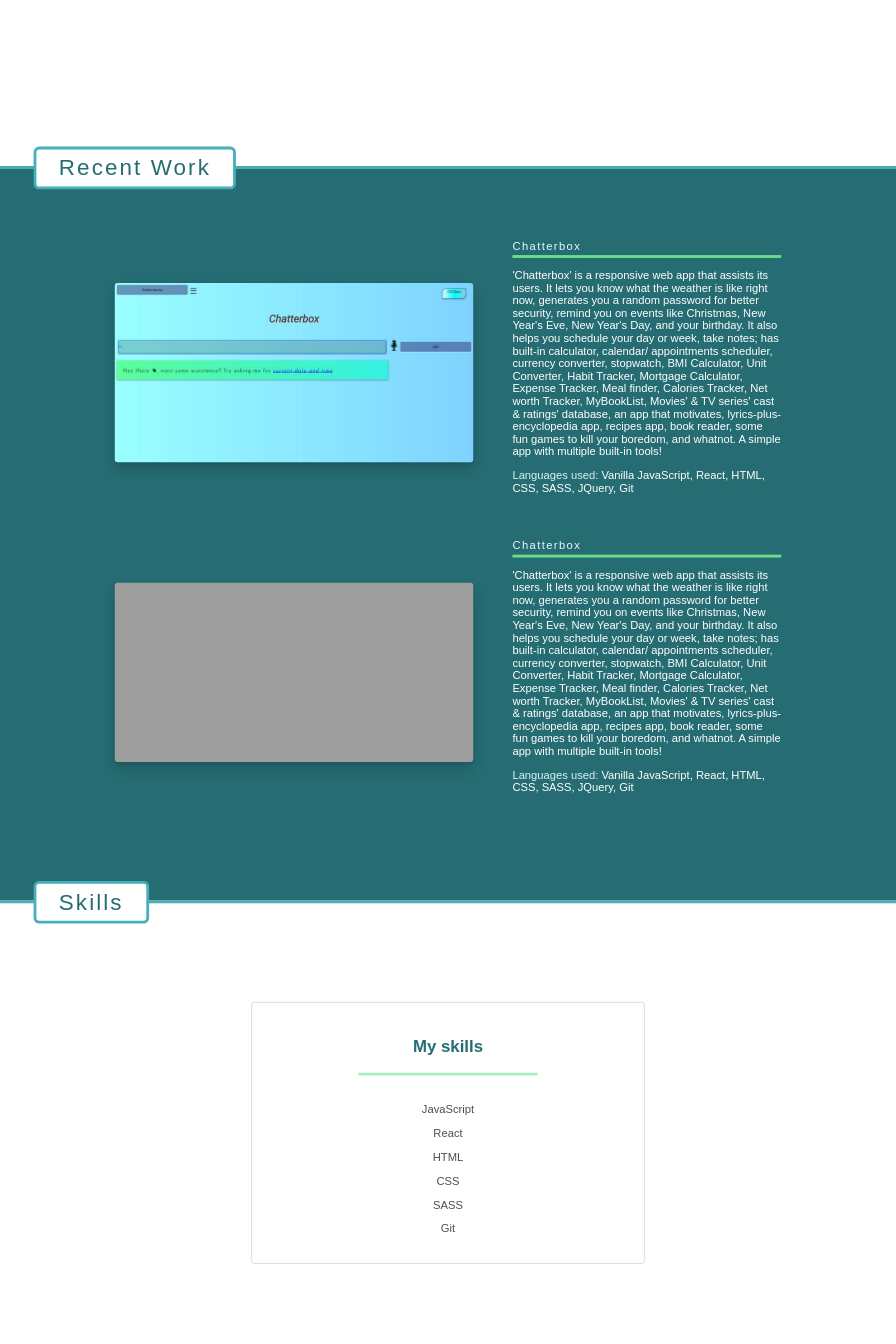
Repository: Abbaskhurram255/port
Page: /
The author's editor kept a copy of each file at every save. The page is drawn from the files as they stood at one save, then again after the next save.
The browser window is 1280 px wide. The pictures show the part of the page from y = 628 to 2548 px (the page is 2906 px tall), at 70% of full size.
Pictures or frames that could not be fetched are drawn as grey boxes. The page's requests for data from a server got no answer. Some web fonts or font styles are not loaded; a fallback is used. Some web libraries are served in a nearby version. The project was rebuilt for these pictures with package versions that can differ from the ones it lists, and the page was loaded fresh each time. No one was signed in, and anything a server would have sent is missing.

Above is the page before, as saved 2020-12-03 21:52:38.

### public/index.html
<!DOCTYPE html>
<html lang="en">
  <head>
    <meta charset="utf-8" />
    <meta
      name="viewport"
      content="width=device-width, initial-scale=1, shrink-to-fit=no"
    />
    <meta name="theme-color" content="#000000" />
    <meta property="og:title" content="Alex Puth | Portfolio" />
    <meta
      property="og:description"
      content="A portfolio of web applications by Alex Puth"
    />
    <meta property="og:url" content="https://www.abbaskhurram255.github.io/" />
    <meta property="og:image" content="/images/portfolio-home.jpg" />
    <title>Alex Puth | Portfolio</title>
    <link
      href="https://fonts.googleapis.com/css?family=Muli:300,400,600,700"
      rel="stylesheet"
    />
    <link
      rel="stylesheet"
      href="https://use.fontawesome.com/releases/v5.4.2/css/all.css"
      integrity="sha384-/rXc/GQVaYpyDdyxK+ecHPVYJSN9bmVFBvjA/9eOB+pb3F2w2N6fc5qB9Ew5yIns"
      crossorigin="anonymous"
    />
  </head>

  <body>
    <noscript>You need to enable JavaScript to run this app.</noscript>
    <div id="root"></div>
  </body>
</html>

### src/index.tsx
import React from "react";
import ReactDOM from "react-dom";
import App from "./App";
import * as serviceWorker from "./serviceWorker";
import "./styles/styles.scss";

ReactDOM.render(<App />, document.getElementById("root"));

// If you want your app to work offline and load faster, you can change
// unregister() to register() below. Note this comes with some pitfalls.
// Learn more about service workers: http://bit.ly/CRA-PWA
serviceWorker.unregister();

### src/App.tsx
import * as React from "react";
import Contact from "./components/Contact";
import Home from "./components/Home";
import Navbar from "./components/Navbar";
import RecentWork from "./components/RecentWork";
import Skills from "./components/Skills";

class App extends React.Component {
  public render() {
    return (
      <div>
        <Navbar />
        <Home />
        <RecentWork />
        <Skills />
        <Contact />
      </div>
    );
  }
}

export default App;

### src/styles/styles.scss
@import "./base/settings";
@import "./base/base";
@import "./components/navbar";
@import "./components/home";
@import "./components/images";
@import "./components/recent-works";
@import "./components/projects";
@import "./components/project";
@import "./components/skills";
@import "./components/skill";
@import "./components/quote";
@import "./components/contact";
@import "./components/social";
@import "./components/section-title";

### src/components/Contact.tsx
import * as React from "react";
import utils from "../utils/constants";
import Social from "./Social";
import Title from "./Title";

const { GITHUB_URL, TWITTER_URL } = utils.social;
const { EMAIL } = utils.contact;

const Contact = () => {
  return (
    <div id="contact" className="contact">
      <Title title="Get in Touch" parentComponent="contact" />
      <div className="contact__social-links">
        <p className="contact__brackets">{"{"}</p>
        <Social socialIcon="fab fa-github" socialUrl={GITHUB_URL} />
        <Social socialIcon="fab fa-twitter" socialUrl={TWITTER_URL} />
        <Social socialIcon="fas fa-envelope" socialUrl={`mailto:${EMAIL}`} />
        <p className="contact__brackets">{"}"}</p>
      </div>
    </div>
  );
};

export default Contact;

### src/components/Home.tsx
import * as React from "react";
import Image from "./Image";
import Text from "./Text";
import Title from "./Title";

const Home = () => {
  return (
    <div className="home">
      <div className="home__text-container">
        <Title
          title="<Alex Puth (aka Khurram) />"
          parentComponent="home"
          subTitle="Front-End Developer"
        />
        <Text parentComponent="home" mobile="" />
      </div>
      <Image
        src="/images/headshot.jpg"
        alt="Headshot of Alex Puth"
        parentComponent="home"
      />
      <Text parentComponent="home" mobile="--mobile" />
    </div>
  );
};

export default Home;

### src/components/Navbar.tsx
import * as React from "react";

interface INavbarState {
  linkClass: string;
  isToggled: boolean;
}

class Navbar extends React.Component {
  public state = {
    isToggled: true,
    linkClass: "navbar__link"
  };

  public toggleNav = () => {
    const { isToggled } = this.state;
    this.setState({ isToggled: !isToggled });
    isToggled
      ? this.setState({ linkClass: "navbar__link--show" })
      : this.setState({ linkClass: "navbar__link" });
  };

  public render() {
    return (
      <div className="navbar">
        <a className="navbar__brand" href="#">
          <p className="navbar__brand-text">AP</p>
        </a>
        <i onClick={this.toggleNav} className="fas fa-bars navbar__hamburger" />
        <div className="navbar__link-box">
          <a className={this.state.linkClass} href="#">
            <p className="navbar__link-text">Home</p>
          </a>

          <a className={this.state.linkClass} href="#recent-works">
            <p className="navbar__link-text">Recent Work</p>
          </a>

          <a className={this.state.linkClass} href="#skills">
            <p className="navbar__link-text">Skills</p>
          </a>

          <a className={this.state.linkClass} href="#contact">
            <p className="navbar__link-text">Contact</p>
          </a>
        </div>
      </div>
    );
  }
}
export default Navbar;

### src/components/RecentWork.tsx
import * as React from "react";
import Projects from "./Projects";
import Title from "./Title";

const RecentWork = () => {
  return (
    <div id="recent-works" className="recent-works">
      <Title title="Recent Work" parentComponent="recent-works" />
      <Projects />
    </div>
  );
};

export default RecentWork;

### src/components/Skills.tsx
import * as React from "react";
import Skill from "./Skill";
import Title from "./Title";

const Skills = () => {
  const technicalSkills: string[] = [
    "JavaScript",
    "React",
    "HTML",
    "CSS",
    "SASS",
    "Git"
  ];

  return (
    <div id="skills" className="skills">
      <Title title={"Skills"} parentComponent="skills" />
      <div className="skills__set-box">
        <Skill title="My skills" skills={technicalSkills} />
      </div>
    </div>
  );
};

export default Skills;

### src/styles/base/_base.scss
html {
  font-size: 62.5%;
  scroll-behavior: smooth;
}

body {
  margin: 0;
  background-color: $white;
}

button {
  cursor: pointer;
}

button:disabled {
  cursor: default;
}

### src/styles/components/images.scss
.home-image-box {
  background: $gradient-1;
  border-radius: $radius-2;
  box-shadow: $shadow-2;
  padding: $size-3;
  @media (min-width: $breakpoint-2) {
    display: block;
    padding: $size-7;
  }
}

.home-image {
  border-radius: $radius-2;
  box-shadow: $shadow-3;
  margin: 0;
  width: 100%;
  @media (min-width: $breakpoint-2) {
    margin-right: -$size-10;
    height: $size-13;
    width: $size-13;
  }
}

### src/styles/components/_recent-works.scss
.recent-works {
  align-items: center;
  background: $primary-7;
  border-top: $size-1 solid $primary-5;
  display: flex;
  flex-direction: column;
  padding-bottom: $size-2;
  @media (min-width: $breakpoint-1) {
    padding-left: 22%;
    padding-right: 22%;
  }
  @media (min-width: $breakpoint-2) {
    padding: 0;
    padding-bottom: $size-8;
  }
}

.recent-works__title-box {
  background: $white;
  border: $size-1 solid $primary-5;
  border-radius: $size-2;
  display: flex;
  flex-direction: column;
  justify-content: center;
  margin-top: -$size-5;
  padding: $size-2;
  @media (min-width: $breakpoint-2) {
    align-self: flex-start;
    margin-left: $size-7;
    margin-top: -$size-6;
    padding: $size-2 $size-6;
  }
}

.recent-works__title {
  color: $primary-7;
  font-family: $header;
  font-size: $size-4;
  font-weight: 400;
  letter-spacing: 0.3rem;
  margin: 0;
  padding: 0;
  @media (min-width: $breakpoint-2) {
    font-size: $size-6;
  }
}

### src/styles/components/_projects.scss
.projects {
  display: flex;
  flex-direction: column;
  justify-content: space-between;
  margin: $size-4 $size-7;
  width: 100%;
  @media (min-width: $breakpoint-2) {
    margin: $size-7;
    width: 100rem;
  }
}

### src/styles/components/_skills.scss
.skills {
  align-items: center;
  border-top: $size-1 solid $primary-5;
  display: flex;
  flex-direction: column;
  padding-bottom: $size-8;
  @media (min-width: $breakpoint-1) {
    padding-left: 20%;
    padding-right: 20%;
  }
  @media (min-width: $breakpoint-2) {
    padding: 0;
    padding-bottom: $size-8;
  }
}

.skills__title-box {
  background: $white;
  border: $size-1 solid $primary-5;
  border-radius: $size-2;
  display: flex;
  flex-direction: column;
  justify-content: center;
  margin-top: -$size-5;
  padding: $size-2;
  @media (min-width: $breakpoint-2) {
    align-self: flex-start;
    margin-left: $size-7;
    margin-top: -$size-6;
    padding: $size-2 $size-6;
  }
}

.skills__title {
  color: $primary-7;
  font-family: $header;
  font-size: $size-4;
  font-weight: 400;
  letter-spacing: 0.3rem;
  margin: 0;
  padding: 0;
  @media (min-width: $breakpoint-2) {
    font-size: $size-6;
  }
}

.skills__set-box {
  display: flex;
  flex-direction: column;
  justify-content: space-around;
  margin: 0;
  width: 100%;
  @media (min-width: $breakpoint-2) {
    flex-direction: row;
    margin: $size-9 $size-7;
    width: 100rem;
  }
}

### src/styles/components/_skill.scss
.skill {
  align-items: center;
  border: 1px solid $gray-3;
  border-radius: $radius-2;
  display: flex;
  flex-direction: column;
  margin: $size-4 auto;
  padding: $size-5;
  width: 80%;
  @media (min-width: $breakpoint-2) {
    margin: $size-4;
    padding: $size-5;
    width: $size-14;
  }
}

.skill__title-box {
  border-bottom: $size-1 solid $secondary-3;
  display: flex;
  justify-content: center;
  padding: 0;
  width: 100%;
  @media (min-width: $breakpoint-2) {
    width: $size-12;
  }
}

.skill__title {
  color: $primary-7;
  font-family: $text;
  font-size: $size-4;
  @media (min-width: $breakpoint-2) {
    font-size: $size-5;
  }
}

.skill__box {
  padding-top: $size-5;
  width: 100%;
}

.skill__name {
  color: $gray-7;
  font-family: $text;
  font-size: $size-4;
  text-align: center;
}

### src/styles/components/_quote.scss
.quote__box {
  display: flex;
  flex-direction: column;
  margin: $size-5 0 $size-8 0;
}

.quote {
  color: $white;
  font-family: $text;
  font-size: $size-3;
  font-style: italic;
  line-height: 2;
  width: 100%;
  @media (min-width: $breakpoint-1) {
    font-size: $size-4;
  }
  @media (min-width: $breakpoint-2) {
    border-left: $size-1 solid $secondary-4;
    font-size: $size-5;
    padding-left: $size-7;
    width: $size-14;
  }
}

.quote__author-details {
  align-self: flex-end;
  padding: $size-2;
}

.quote__author {
  color: $primary-2;
  font-family: $text;
  font-size: $size-2;
  font-weight: 700;
  margin: 0;
  padding: 0;
  @media (min-width: $breakpoint-1) {
    font-size: $size-3;
  }
  @media (min-width: $breakpoint-2) {
    font-size: $size-4;
  }
}

.quote__author-position {
  color: $primary-3;
  font-family: $text;
  font-size: $size-2;
  font-weight: 300;
  margin: 0;
  padding: 0;
  @media (min-width: $breakpoint-1) {
    font-size: $size-3;
  }
  @media (min-width: $breakpoint-2) {
    font-size: $size-4;
  }
}

.quote__author-company {
  color: $primary-3;
  font-family: $text;
  font-size: $size-2;
  margin: 0;
  padding: 0;
  @media (min-width: $breakpoint-1) {
    font-size: $size-3;
  }
  @media (min-width: $breakpoint-2) {
    font-size: $size-4;
  }
}

### src/styles/components/_contact.scss
.contact {
  align-items: center;
  border-top: $size-1 solid $primary-5;
  display: flex;
  flex-direction: column;
  background: #266c73;
}

.contact__title-box {
  background: $white;
  border: $size-1 solid $primary-5;
  border-radius: $size-2;
  display: flex;
  flex-direction: column;
  justify-content: center;
  margin-top: -$size-5;
  padding: $size-2 $size-6;
  @media (min-width: $breakpoint-2) {
    align-self: flex-start;
    margin-left: $size-7;
    margin-top: -$size-6;
  }
}

.contact__title {
  color: $primary-7;
  font-family: $header;
  font-size: $size-4;
  font-weight: 400;
  letter-spacing: 0.3rem;
  margin: 0;
  padding: 0;
  @media (min-width: $breakpoint-2) {
    font-size: $size-6;
  }
}

.contact__social-links {
  display: flex;
  margin: $size-8 0 $size-9 0;
}

.contact__brackets {
  color: $secondary-3;
  font-family: $text;
  font-size: $size-8;
  font-weight: 300;
  line-height: 0.5;
  margin: 0 $size-4;
  padding: 0;
  @media (min-width: $breakpoint-2) {
    display: block;
    font-size: $size-10;
  }
}

### src/styles/components/_social.scss
.social {
  color: $primary-5;
  font-size: $size-5;
  margin: $size-3;
  outline: none;
  transition-property: color, transform;
  transition-duration: 0.1s;
  transition-timing-function: ease;
  @media (min-width: $breakpoint-2) {
    font-size: $size-7;
    margin: $size-5;
  }
}

.social:hover,
.social:focus {
  color: $primary-6;
  transform: scale(1.2);
}

### src/styles/components/_section-title.scss
.section-title__box {
  align-self: flex-start;
  background: $white;
  border: $size-1 solid $primary-8;
  border-radius: $size-2;
  display: flex;
  flex-direction: column;
  justify-content: center;
  margin: -$size-6 0 0 $size-7;
  padding: $size-2 $size-6;
}

.section-title {
  color: $primary-7;
  font-family: $header;
  font-size: $size-6;
  font-weight: 400;
  letter-spacing: 0.3rem;
  margin: 0;
  padding: 0;
}

### src/utils/constants.ts
export default {
  contact: {
    EMAIL: process.env.REACT_APP_EMAIL || "abbaskhuram255@gmail.com"
  },
  social: {
    GITHUB_URL:
      process.env.REACT_APP_GITHUB_URL || "https://github.com/abbaskhurram255",
    TWITTER_URL:
      process.env.REACT_APP_TWITTER_URL || "https://twitter.com/alexputh255",
  }
};

### src/components/Social.tsx
import * as React from "react";

interface ISocialProps {
  socialIcon: string;
  socialUrl: string;
}

const Social = (props: ISocialProps) => {
  const { socialIcon, socialUrl } = props;
  return (
    <a
      href={socialUrl}
      rel="noopener noreferrer"
      className="social"
      target="_blank"
    >
      <i className={socialIcon} />
    </a>
  );
};

export default Social;

### src/components/Title.tsx
import * as React from "react";

interface ITitleProps {
  title: string;
  parentComponent: string;
  subTitle?: string;
}

const Title = (props: ITitleProps) => {
  const { title, subTitle, parentComponent: component } = props;
  return (
    <div className={`${component}__title-box`}>
      <h1 className={`${component}__title`}>{title}</h1>
      {subTitle && <h2 className={`${component}__subtitle`}>{subTitle}</h2>}
    </div>
  );
};

export default Title;

### src/components/Image.tsx
import * as React from "react";

interface IImageProps {
  src: string;
  alt: string;
  parentComponent: string;
}

const Image = (props: IImageProps) => {
  const { src, alt, parentComponent: component } = props;
  return (
    <div className={`${component}-image-box`}>
      <img src={`/Portfolio${src}`} alt={alt} className={`${component}-image`} />
    </div>
  );
};

export default Image;

### src/components/Text.tsx
import * as React from "react";

interface ITextProps {
  parentComponent: string;
  mobile: string;
}

const Text = (props: ITextProps) => {
  const { parentComponent: component, mobile } = props;
  return (
    <div className={`${component}__text-box${mobile}`}>
      <p className={`${component}__text`}>
        Hi, my name is Alex, and I'm a frontend developer. I love using
        functional programming concepts in JavaScript and building web
        applications with it. I'm a coding enthusiast. I've been creating web
        applications since I was 13 - I'm 19 now. It's been my hobby
        since I was a kid, the programming. {" "}
      </p>
      <p className={`${component}__text`}>I'm currently
        trying to get familiar with Vue, and Angular.</p>
    </div>
  );
};

export default Text;

### src/components/Projects.tsx
import * as React from "react";
import { projects } from "../utils/data";
import Project from "./Project";

const Projects = () => (
  <div className="projects">
    {projects.map(project => (
      <Project
        project={project.name}
        projectDescription={project.description}
        projectSourceCode={project.sourceCode}
        projectTools={project.tools}
        projectUrl={project.url}
        image={project.image}
        key={project.name}
      />
    ))}
  </div>
);

export default Projects;

### src/components/Skill.tsx
import * as React from "react";

interface ISkillProps {
  skills: string[];
  title: string;
}

const DeveloperSkills = (props: ISkillProps) => {
  const { skills, title } = props;
  return (
    <div className="skill">
      <div className="skill__title-box">
        <h3 className="skill__title">{title}</h3>
      </div>
      <div className="skill__box">
        {skills.map((skill: string) => (
          <p className="skill__name" key={skill}>
            {skill}
          </p>
        ))}
      </div>
    </div>
  );
};

export default DeveloperSkills;

### src/utils/data.ts

interface IProject {
  description: string;
  image: string;
  name: string;
  sourceCode: string;
  tools: string;
  url: string;
}

export const projects: IProject[] = [
  {
    description:
      "'Chatterbox' is a responsive web app that assists its users. It lets you know what the weather is like right now, generates you a random password for better security, remind you on events like Christmas, New Year's Eve, New Year's Day, and your birthday. It also helps you schedule your day or week, take notes; has built-in calculator, calendar/ appointments scheduler, currency converter, stopwatch, BMI Calculator, Unit Converter, Habit Tracker, Mortgage Calculator, Expense Tracker, Meal finder, Calories Tracker, Net worth Tracker, MyBookList, Movies' & TV series' cast & ratings' database, an app that motivates, lyrics-plus-encyclopedia app, recipes app, book reader, some fun games to kill your boredom, and whatnot. A simple app with multiple built-in tools!",
    image: "meal to list",
    name: "Chatterbox",
    sourceCode: "https://github.com/Abbaskhurram255/Chatterbox/",
    tools: "Vanilla JavaScript, React, HTML, CSS, SASS, JQuery, Git",
    url: "https://abbaskhurram255.github.io/Chatterbox/getting-started"
  },
  {
    description:
      "'Chatterbox' is a responsive web app that assists its users. It lets you know what the weather is like right now, generates you a random password for better security, remind you on events like Christmas, New Year's Eve, New Year's Day, and your birthday. It also helps you schedule your day or week, take notes; has built-in calculator, calendar/ appointments scheduler, currency converter, stopwatch, BMI Calculator, Unit Converter, Habit Tracker, Mortgage Calculator, Expense Tracker, Meal finder, Calories Tracker, Net worth Tracker, MyBookList, Movies' & TV series' cast & ratings' database, an app that motivates, lyrics-plus-encyclopedia app, recipes app, book reader, some fun games to kill your boredom, and whatnot. A simple app with multiple built-in tools!",
    image: "expensify",
    name: "Chatterbox",
    sourceCode: "https://github.com/Abbaskhurram255/Chatterbox/",
    tools: "Vanilla JavaScript, React, HTML, CSS, SASS, JQuery, Git",
    url: "https://abbaskhurram255.github.io/Chatterbox/getting-started"
  }
];

### src/components/Project.tsx
import * as React from "react";

interface IProjectProps {
  image: string;
  project: string;
  projectDescription: string;
  projectTools: string;
  projectSourceCode: string;
  projectUrl: string;
}

const Project = (props: IProjectProps) => {
  const {
    image,
    project,
    projectDescription,
    projectSourceCode,
    projectTools,
    projectUrl
  } = props;
  return (
    <div className="project">
      <div className={`project__image-box project__image-box--${image}`}>
        <div className="project__link-box">
          {projectUrl && (
            <a
              className="project__link"
              href={projectUrl}
              rel="noopener noreferrer"
              target="_blank"
            >
              View Site
            </a>
          )}
          <a
            className="project__link"
            href={projectSourceCode}
            rel="noopener noreferrer"
            target="_blank"
          >
            View Source Code
          </a>
        </div>
      </div>
      <div className="project__info-box">
        <h3 className="project__name">{project}</h3>
        <p className="project__description">{projectDescription}</p>
        <p className="project__description">
          <span className="project__tools-label">Languages used:</span>{" "}
          {projectTools}
        </p>
      </div>
      <div className="project__link-box--mobile">
        {projectUrl && (
          <a
            className="project__link--mobile"
            href={projectUrl}
            rel="noopener noreferrer"
            target="_blank"
          >
            View Site
          </a>
        )}
        <a
          className="project__link--mobile"
          href={projectSourceCode}
          rel="noopener noreferrer"
          target="_blank"
        >
          View Source Code
        </a>
      </div>
    </div>
  );
};

export default Project;

Loaded but not shown: src/serviceWorker.ts (common file); src/styles/components/_project.scss (148 lines, source omitted); src/styles/base/_settings.scss (89 lines, source omitted); src/styles/components/_navbar.scss (137 lines, source omitted); src/styles/components/_home.scss (114 lines, source omitted)

After the next save:
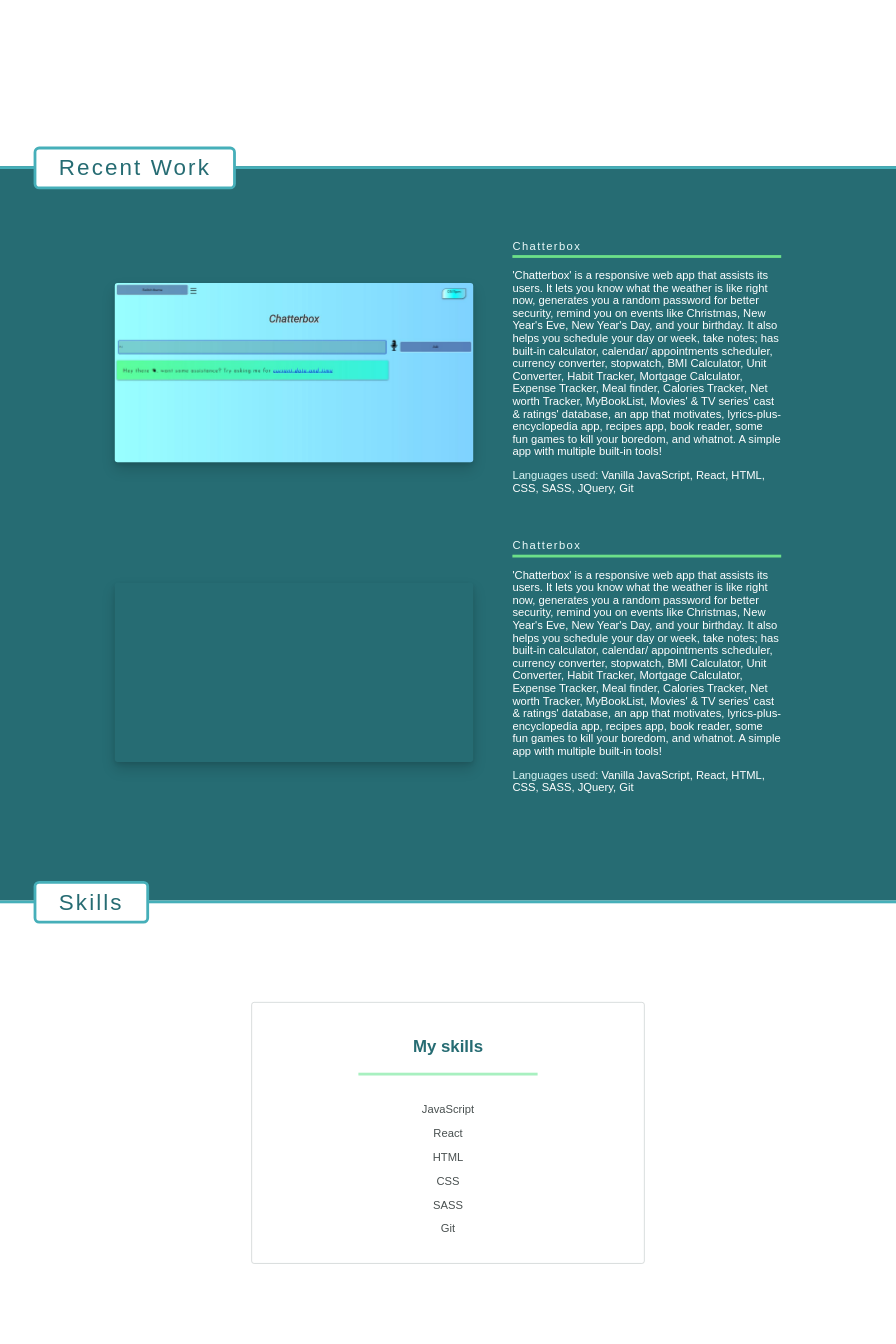
Saved 13 s later.
--- a/src/utils/data.ts
+++ b/src/utils/data.ts
@@ -21,7 +21,7 @@
   {
     description:
       "'Chatterbox' is a responsive web app that assists its users. It lets you know what the weather is like right now, generates you a random password for better security, remind you on events like Christmas, New Year's Eve, New Year's Day, and your birthday. It also helps you schedule your day or week, take notes; has built-in calculator, calendar/ appointments scheduler, currency converter, stopwatch, BMI Calculator, Unit Converter, Habit Tracker, Mortgage Calculator, Expense Tracker, Meal finder, Calories Tracker, Net worth Tracker, MyBookList, Movies' & TV series' cast & ratings' database, an app that motivates, lyrics-plus-encyclopedia app, recipes app, book reader, some fun games to kill your boredom, and whatnot. A simple app with multiple built-in tools!",
-    image: "expensify",
+    image: "santry",
     name: "Chatterbox",
     sourceCode: "https://github.com/Abbaskhurram255/Chatterbox/",
     tools: "Vanilla JavaScript, React, HTML, CSS, SASS, JQuery, Git",
